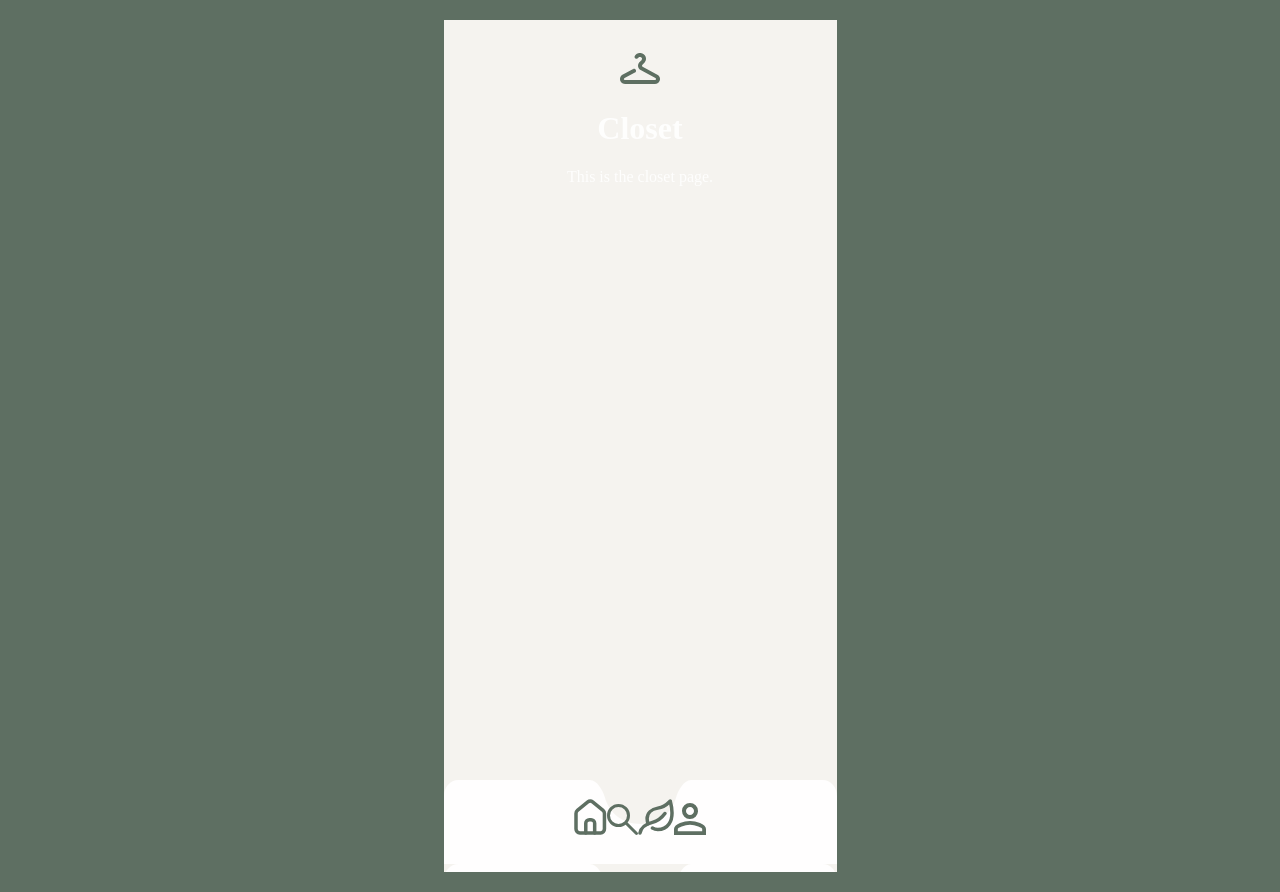
Repository: Strawb3rryjam/app-slotion
Page: /closet
The author's editor kept a copy of each file at every save. The page is drawn from the files as they stood at one save, then again after the next save.
The browser window is 1280 px wide. The pictures show the whole page.
The project was rebuilt for these pictures with package versions that can differ from the ones it lists, and the page was loaded fresh each time. Also part of the build but not shown: vite.config.js. Imported but missing from the stored project, and not drawn on this page: src/pages/Home.

Above is the page before, as saved 2025-05-09 02:23:09.

### src/main.jsx
import { StrictMode } from 'react'
import { createRoot } from 'react-dom/client'
import './index.css'

import { BrowserRouter } from 'react-router-dom'
import App from './App.jsx'

createRoot(document.getElementById('root')).render(
  <StrictMode>
    <BrowserRouter>
      <App />
    </BrowserRouter>
  </StrictMode>
)

### src/index.css
:root {
  color: rgba(255, 255, 255, 0.87);
}

body {
  width: 393px;
  min-height: 852px;
  margin: 0 auto;
  margin-top: 20px;
  margin-bottom: 20px;

  background-color: #F5F3EF;
  position: relative;

}

html {
  background-color: #5E6F62;
}

### src/App.jsx
import './App.css'
import Home from './pages/Home'
import Closet from './pages/Closet'
import {Routes, Route} from 'react-router-dom'
import FinalNav from './components/finalNav.jsx'


function App() {
  return (
    <div>
      <FinalNav />
      <main className = "main-content">
        <Routes>
          <Route path = "/" element = {<Home />} />
          <Route path = "/closet" element = {<Closet />} />

        </Routes>
      </main>
    </div>

  )
}

export default App

### src/pages/Closet.jsx

function Closet() {
  return (
    <div>
      <h1>Closet</h1>
      <p>This is the closet page.</p>
    </div>
  );
}

export default Closet;

### src/components/finalNav.jsx
import NavBar from "../components/NavBar.jsx";
import ClosetButton from "../components/closetPageButton.jsx";


export default function FinalNav() {
    return (
        <div className="nav-container">
            <NavBar />
            <ClosetButton />
        </div>
    );
}

### src/components/NavBar.jsx
import { Link } from "react-router-dom";
import styles from "../css/NavBar.module.css";  // Use this to import styles

/*images*/
import navBase from "../assets/NavBar.svg";
import homeIcon from "../assets/Home.svg";
import searchIcon from "../assets/search.svg";
import closetIcon from "../assets/Hanger.svg";
import tipsIcon from "../assets/leaf.svg";
import profileIcon from "../assets/Profile.svg";

/*component*/
import ClosetButton from "../components/closetPageButton";


function NavBar() {
    return (
        <nav className={styles.navbar}> {/* Use styles.navbar for CSS modules */}
            <div className={styles["navbar-links"]}> {/* Use styles for other classes */}
                <Link to="/" className={styles.Home}>
                    <img src={homeIcon} alt="Home" className={styles["nav-icon"]} />
                </Link>
                <Link to="/Search" className={styles.Search}>
                    <img src={searchIcon} alt="Search" className={styles["nav-icon"]} />
                </Link>



                <Link to="/Tips" className={styles.Tips}>
                    <img src={tipsIcon} alt="Tips" className={styles["nav-icon"]} />
                </Link>
                <Link to="/Profile" className={styles.Profile}>
                    <img src={profileIcon} alt="Profile" className={styles["nav-icon"]} />
                </Link>


            </div>
        </nav>
    );
}

export default NavBar;

### src/components/closetPageButton.jsx
import { useState } from "react";
import { Link } from "react-router-dom";
import styles from "../css/closetPageButton.module.css"; // ✅ Make sure file name matches

// Import icons
import closetNotActive from "../assets/Hanger.svg";
import closetActive from "../assets/HangerActive.svg";



export default function ClosetButton() {
    const [isActive, setIsActive] = useState(false);

    const handleClick = () => {
        setIsActive(!isActive);
    };

    return (
        <div className={styles.closetWrapper}>
            {isActive && (
                <div className={styles.dropdown}>
                    <Link to="/CreatePost" className={styles.dropdownOption1}>Create Post</Link>
                    <Link to="/Closet" className={styles.dropdownOption2}>View Closet</Link>
                </div>
            )}
            <button onClick={handleClick} className={styles.Closet}>
                <img
                    src={isActive ? closetActive : closetNotActive}
                    alt="Closet"
                    className={styles["nav-icon"]}
                />
            </button>
        </div>
    );
}

### src/css/NavBar.module.css
.navbar {
    padding-top: 19px ;
    padding-bottom: 33px;
    padding-left: 32px;
    padding-right: 32px;


    position: absolute;
    bottom: 0;
    left: 0;
    background-image: url(../assets/NavBar.svg);
    width: 329px;

  }




  /*icons*/
  .Home {
    width: 28.444px;
    height: 32px;
  }

  .Search{
    width: 31px;
    height: 31px;
  }

  .Tips{
    width: 32px;
    height: 32px;
  }

.Profile{
  width: 32px;
  height: 32px;
}

### src/css/closetPageButton.module.css
.closetWrapper {
    position: relative;
    display: inline-block;
}

.dropdown {
    top: -110px; /* adjust as needed */
    border-radius: 8px;
    padding: 0.5rem;
    display: flex;
    flex-direction: column;
    align-items: center;

    gap: 0.5rem;
    z-index: 10;

    position: absolute;
    bottom: 100%;
    left: 50%;
    transform: translateX(-50%);

}

.dropdownOption1,
.dropdownOption2 {
    color: white;
    text-decoration: none; /* removes underline */
    padding: 0.5rem 1rem;
    border-radius: 4px;
    font-weight: bold;
    text-align: center;
    background-color: transparent;
    transition: background-color 0.2s;
    align-self: center;

    width: 361px;
    height: 59px;
    background-color: #4CAF50; /* green background */


}

.dropdownOption1:hover,
.dropdownOption2:hover {
    background-color: rgba(255, 255, 255, 0.2); /* subtle hover effect */
}

.Closet {
    background: none;
    border: none;
    cursor: pointer;
}

.nav-icon {
    width: 40px;
    height: auto;
}

Loaded but not shown: index.html (common file); src/App.css (common file)

After the next save:
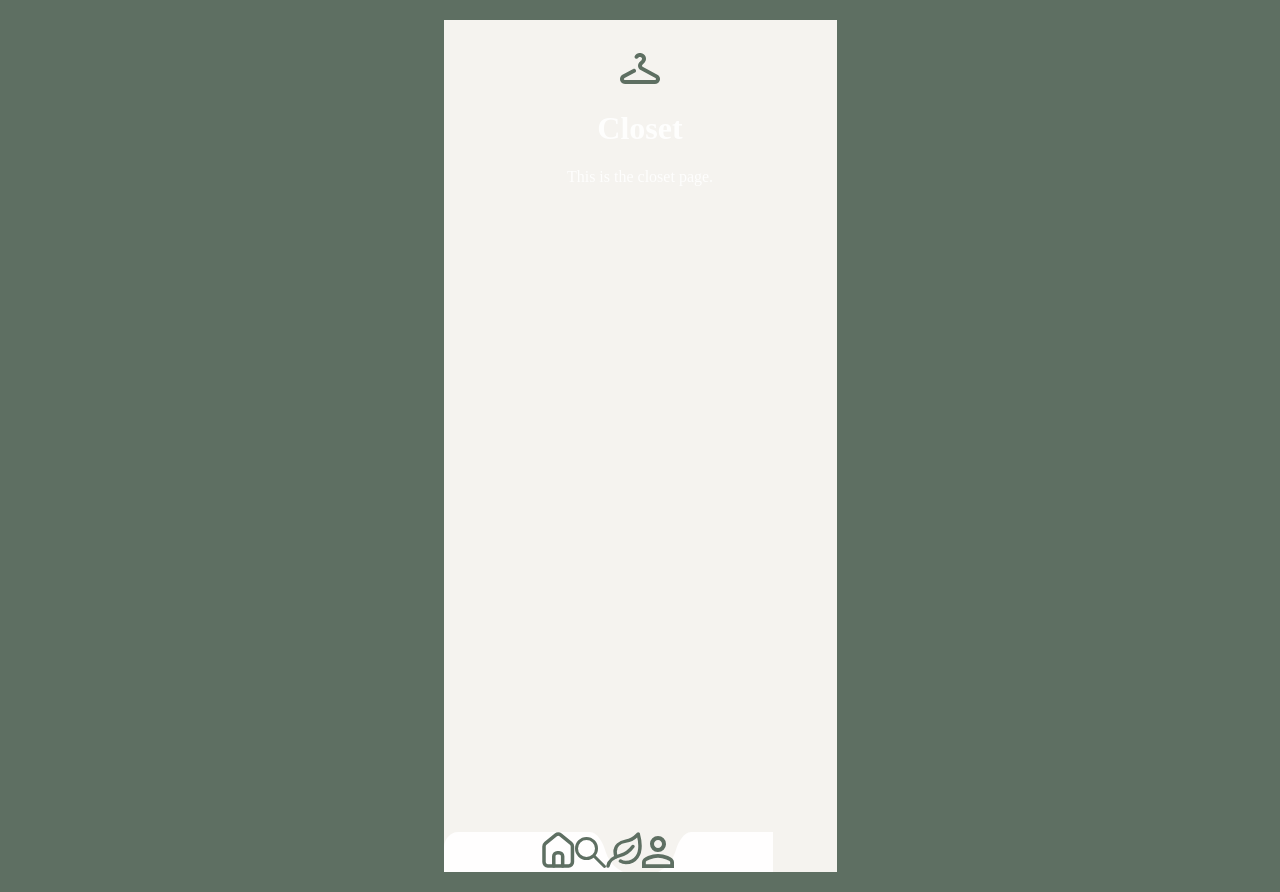
Saved 8 s later.
--- a/src/css/NavBar.module.css
+++ b/src/css/NavBar.module.css
@@ -1,13 +1,14 @@
 .navbar {
-    padding-top: 19px ;
-    padding-bottom: 33px;
-    padding-left: 32px;
-    padding-right: 32px;
+
 
 
     position: absolute;
     bottom: 0;
     left: 0;
+    display: flex;
+    justify-content: center;  /* Align the navbar content centrally */
+
+
     background-image: url(../assets/NavBar.svg);
     width: 329px;
 

After the save that followed:
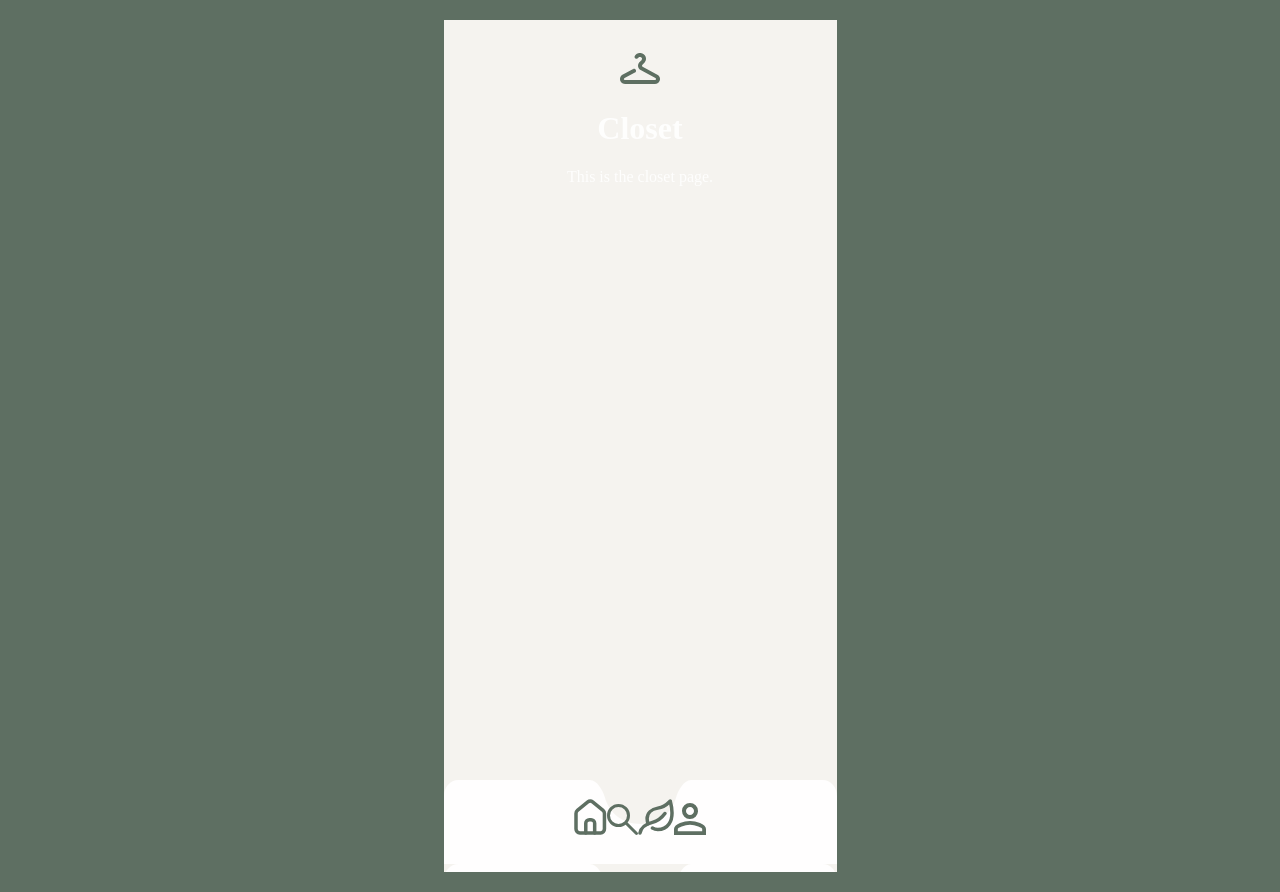
Saved 4 s later.
--- a/src/css/NavBar.module.css
+++ b/src/css/NavBar.module.css
@@ -1,5 +1,8 @@
 .navbar {
-
+    padding-top: 19px ;
+    padding-bottom: 33px;
+    padding-left: 32px;
+    padding-right: 32px;
 
 
     position: absolute;
